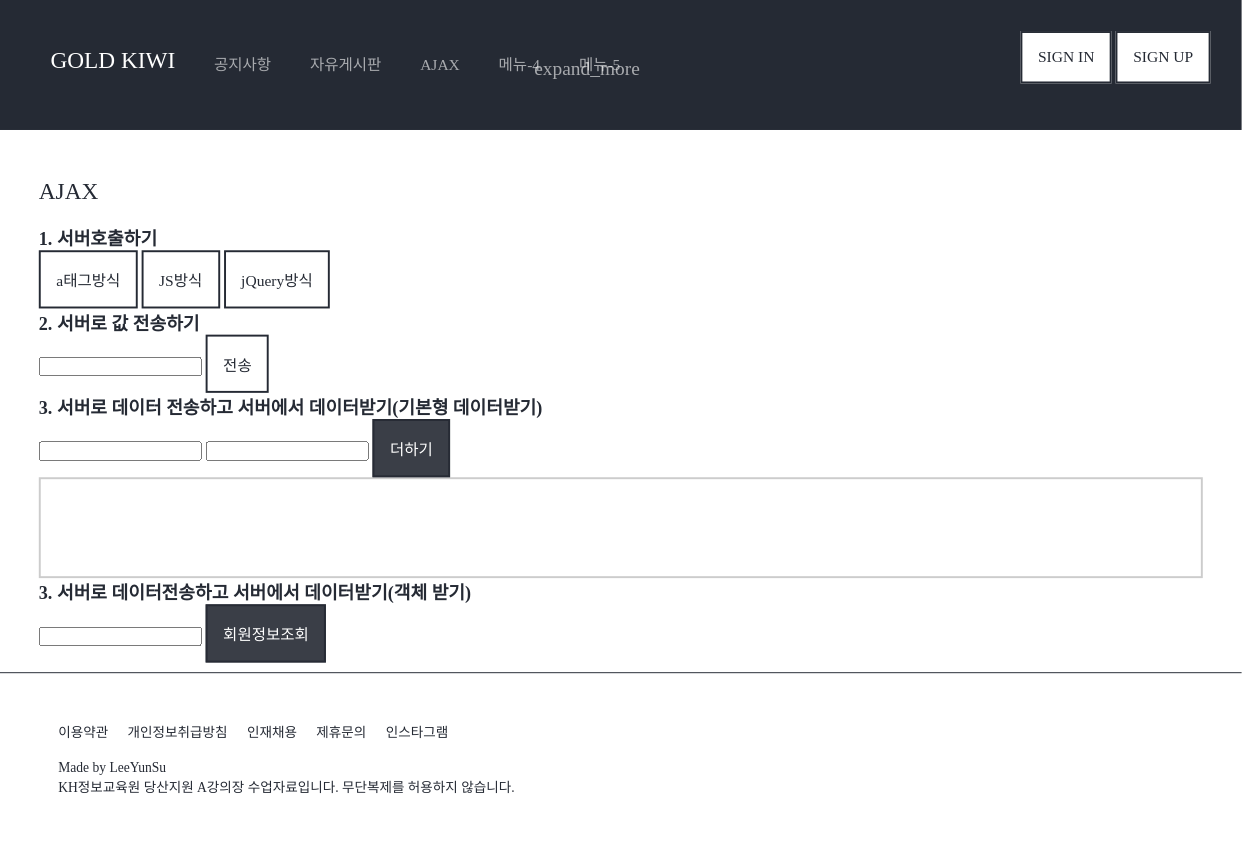
Repository: RiboKim/web-workspace
Page: http://localhost/07_mvc2WebProject/ajax.do
These files come from the project's save history. The page is drawn as it stood at one moment and after the next save; the edit follows.
The browser window is 1280 px wide. The pictures show the whole page, at 97% of full size.
Some web fonts or font styles are not loaded; a fallback is used. The page is served by Tomcat 9. Other server files are loaded and not shown.

Above is the page before, as saved 2023-02-21 02:34:04.

### 07_mvc2WebProject/src/main/webapp/WEB-INF/views/etc/ajax.jsp
<%@ page language="java" contentType="text/html; charset=UTF-8"
    pageEncoding="UTF-8"%>
<!DOCTYPE html>
<html>
<head>
<meta charset="UTF-8">
<title>Insert title here</title>
<style>
	.ajaxResult{
		min-height: 100px;
		border : 2px solid #ccc;
	}
</style>
</head>
<body>
	<%@include file="/WEB-INF/views/common/header.jsp" %>
	<div class="page-content">
		<div class="page-title">AJAX</div>
		<h3>1. 서버호출하기</h3>
		<a class="btn bc11" href="/ajaxTest1.do">a태그방식</a>
		<button class="btn bc11" id="js">JS방식</button>
		<button class="btn bc11" id="jQ1">jQuery방식</button>

		<h3>2. 서버로 값 전송하기</h3>
		<input type="text">
		<button class="btn bc11" id="jQ2">전송</button>

		<h3>3. 서버로 데이터 전송하고 서버에서 데이터받기(기본형 데이터받기)</h3>
		<input type="text" id="su1">
		<input type="text" id="su2">
		<button class="btn bc1" id="jQ3">더하기</button>
		<p class="ajaxResult" id="result3"></p>

		<h3>3. 서버로 데이터전송하고 서버에서 데이터받기(객체 받기)</h3>
		<input type="text" id="input4">
		<button class="btn bc1" id="jQ4">회원정보조회</button>
	</div>
	<script>
		$("#js").on("click",function(){
			//javascript로 ajax를 이용한 서버호출방식
			//1.XMLHttpRequest객체 생성
			const xhttp = new XMLHttpRequest();
			//2.요청 정보 설정
			//method, url, 비동기여부
			xhttp.open("GET","/ajaxTest1.do",true);
			//3.서버 요청 처리에 따른 동작함수 지정
			xhttp.onreadystatechange = function(){
				if(this.readyState == 4 && this.status == 200){
					//요청이 모두 끝나고 && 정상적인 응답이 돌아온 경우
					console.log("서버 요청 성공!!");
				}else if(this.readyState == 4 && this.status == 404){
					//요청이 모두 끝나고 && 해당 페이지를 찾을 수 없는 경우
					console.log("주소를 찾을 수 없습니다.");
				}
			}
			//4.서버에 요청
			xhttp.send();
		});

		$("#jQ1").on("click",function(){
			$.ajax({
				url : "/ajaxTest1.do",
				type : "GET",
				success : function(){
					console.log("서버 호출 완료!!!!");
				},
				error : function(){
					console.log("에러발생");
				},
				complete : function(){
					console.log("무조건 호출");
				}
			});
		});

		$("#jQ2").on("click",function(){
			const input = $(this).prev();
			const inputValue = input.val();
			$.ajax({
				url : "/ajaxTest2.do",
				type : "get",
				data : {input1 : inputValue}, //input1이 key값이라고 생각하면 됨, 여러개 보내는것도 가능
				success : function(){
					console.log("서버로 데이터 전송 완료");
				},
				error : function(){
					console.log("에러발생");
				}
			});
		});
		$("#jQ3").on("click",function(){
			//input에 입력된 값 2개 가져다가
			// /ajaxTest3.do에 전송후 출력
			const su1 = $("#su1").val();
			const su2 = $(this).prev().val();
			$.ajax({
				url : "ajaxTest3.do",
				type : "post",
				data : {num1 : su1, num2 : su2},
				success : function(data){
					console.log(data);
					$("#result3").text(su1+"+"+su2+"="+data);
					console.log("서버요청성공");

				},
				error : function(){
					console.log("서버요청 실패")
				}
			})
		})
	</script>
	<%@include file="/WEB-INF/views/common/footer.jsp" %>
</body>
</html>

### 07_mvc2WebProject/src/main/webapp/WEB-INF/views/common/header.jsp
<%@page import="kr.or.iei.member.model.vo.Member"%>
<%@ page language="java" contentType="text/html; charset=UTF-8"
    pageEncoding="UTF-8"%>
    <%
    	Member m = (Member)session.getAttribute("m");
    %>

	<!-- 구글 아이콘 -->
    <link href="https://fonts.googleapis.com/icon?family=Material+Icons" rel="stylesheet">
    <!-- jquery -->
    <script src="/js/jquery-3.6.0.js"></script>
    <!-- 기본 CSS -->
    <link rel="stylesheet" href="/css/default.css" />
    <!-- 기본 js -->
    <script src="/js/default.js"></script>

    <header>
      <div class="site-logo">
        <a href="/">GOLD KIWI</a>
      </div>
      <nav>
        <ul class="navi">
          <li><a href="/noticeList.do?requestPage=1">공지사항</a></li>
          <li><a href="/boardList.do">자유게시판</a></li>
          <li><a href="/ajax.do">AJAX</a></li>
          <li><a href="#">메뉴-4</a></li>
          <li>
			<a href="#">메뉴-5</a>
            <ul class="sub-navi">
              <li><a href="#">sub-1</a></li>
              <li><a href="#">sub-2</a></li>
              <li><a href="#">sub-3</a></li>
            </ul>
           </li>
        </ul>
      </nav>
      <div class="header-link">
      <%if(m == null){ %>
        <button class="btn bc11 modal-open-btn" target="#login-modal">SIGN IN</button>
        <a class="btn bc11" href="/signupFrm.do">SIGN UP</a>
      <%}else{ %>
      <%--<a class="btn bc11" href="/mypage1.do"><%=m.getMemberName() %></a> --%>
      <%--memberId를 mypage2.do로 넘겨주는거 --%>
      <a class="btn bc11" href="/mypage2.do?memberId=<%=m.getMemberId() %>"><%=m.getMemberName() %></a>

      <a class="btn bc11" href="/logout.do">LOGOUT</a>
      <%} %>
      </div>
    </header>
    <%if(m == null) {%>
    <div id="login-modal" class="modal-bg">
      <div class="modal-wrap">
        <div class="modal-head">
          <h2>SIGN IN</h2>
          <span class="material-icons close-icon modal-close">close</span>
        </div>
        <form action="/signin.do" method="post">
        <div class="modal-content">
          <div class="input-box">
          	<label for="signId">아이디</label>
          	<input type="text" name="signId" id="signId" class="input-form" placeholder="아이디입력">
          </div>
          <div class="input-box">
          	<label for="signPw">비밀번호</label>
          	<input type="password" name="signPw" id="signPw" class="input-form" placeholder="비밀번호입력">
          </div>
          <div class="input-box link-box">
          	<a href="#">아이디/비밀번호 찾기</a>
          </div>
        </div>
        <div class="modal-foot">
          <button type="submit" class="btn bc11">로그인</button>
          <button type="button" class="btn bc1 modal-close">취소</button>
        </div>
        </form>
      </div>
    </div>
    <%}%>

### 07_mvc2WebProject/src/main/webapp/WEB-INF/views/common/footer.jsp
<%@ page language="java" contentType="text/html; charset=UTF-8"
    pageEncoding="UTF-8"%>
	<footer>
      <div class="footer-content">
        <ul>
          <li><a href="#">이용약관</a></li>
          <li><a href="#">개인정보취급방침</a></li>
          <li><a href="#">인재채용</a></li>
          <li><a href="#">제휴문의</a></li>
          <li><a href="#">인스타그램</a></li>
        </ul>
        <p>Made by LeeYunSu</p>
        <p>
          KH정보교육원 당산지원 A강의장 수업자료입니다. 무단복제를 허용하지
          않습니다.
        </p>
      </div>
    </footer>

### 07_mvc2WebProject/src/main/java/kr/or/iei/ajax/controller/AjaxServlet.java
package kr.or.iei.ajax.controller;

import java.io.IOException;

import javax.servlet.RequestDispatcher;
import javax.servlet.ServletException;
import javax.servlet.annotation.WebServlet;
import javax.servlet.http.HttpServlet;
import javax.servlet.http.HttpServletRequest;
import javax.servlet.http.HttpServletResponse;

/**
 * Servlet implementation class AjaxServlet
 */
@WebServlet(name = "Ajax", urlPatterns = { "/ajax.do" })
public class AjaxServlet extends HttpServlet {
	private static final long serialVersionUID = 1L;

    /**
     * @see HttpServlet#HttpServlet()
     */
    public AjaxServlet() {
        super();
        // TODO Auto-generated constructor stub
    }

	/**
	 * @see HttpServlet#doGet(HttpServletRequest request, HttpServletResponse response)
	 */
	protected void doGet(HttpServletRequest request, HttpServletResponse response) throws ServletException, IOException {
		//1.인코딩
		request.setCharacterEncoding("utf-8");
		//2.값추출
		//3.비즈니스로직
		//4.결과처리
		RequestDispatcher view = request.getRequestDispatcher("/WEB-INF/views/etc/ajax.jsp");
		view.forward(request, response);
	}

	/**
	 * @see HttpServlet#doPost(HttpServletRequest request, HttpServletResponse response)
	 */
	protected void doPost(HttpServletRequest request, HttpServletResponse response) throws ServletException, IOException {
		// TODO Auto-generated method stub
		doGet(request, response);
	}

}

### 07_mvc2WebProject/src/main/webapp/css/default.css
/* 사용할 font 선언 */
@font-face {
  font-family: ns-thin;
  src: url(../font/NotoSansKR-Thin.otf);
}
@font-face {
  font-family: ns-light;
  src: url(../font/NotoSansKR-Light.otf);
}
@font-face {
  font-family: ns-m;
  src: url(../font/NotoSansKR-Medium.otf);
}
@font-face {
  font-family: ns-bold;
  src: url(../font/NotoSansKR-Bold.otf);
}
@font-face {
  font-family: ns-black;
  src: url(../font/NotoSansKR-Black.otf);
}
/*
    사이트 사용 색상
    balck : #252A34
    darkgray : #393E46
    lightgray : #EEEEEE
    dark-mint : #00ADB5
    mint : #08D9D6
    point-red : #FF2E63
    point-pink : #F85F73
    point-violet : #892CDC
*/
/* 전체태그 기본 margin, padding 제거 */
/* 기본 글씨 색 및 폰트 설정 */

* {
  margin: 0;
  padding: 0;
  color: #252a34;
  font-family: ns-m;
}
body {
  display: flex;
  flex-direction: column;
  min-height: 100vh;
}
/* 기본화면 레이아웃 */
a {
  text-decoration: none;
}
header {
  background-color: #252a34;
  padding: 32px;
  display: flex;
  min-width: 1200px;
}
header > *:not(.header-link) {
  float: left;
}
header > .site-logo {
  padding: 0px 20px;
}
header > .site-logo > a {
  color: #fff;
  font-family: ns-bold;
  font-size: 24px;
  line-height: 60px;
}
header > nav {
  flex-grow: 1;
}

header > nav > .navi {
  list-style-type: none;
}
header > nav > .navi > li {
  float: left;
  position: relative;
}
header > nav > .navi > li > a {
  display: block;
  color: rgba(255, 255, 255, 0.6);
  padding: 5px 20px;
  transition-duration: 0.5s;
  line-height: 60px;
}
header > nav > .navi > li:hover > a,
header > nav > .navi > li:hover > a + span {
  color: rgba(255, 255, 255, 1);
}
header > nav > .navi > li:hover > .sub-navi {
  display : block;
}
header > nav .sub-navi {
  position: absolute;
  background-color: #fff;
  list-style-type: none;
  display: none;
  border: 1px solid rgba(0, 0, 0, 0.2);
  left: 10px;
  min-width: 10rem;
}
header > nav .sub-navi > li {
  padding: 0.25rem 1rem;
}
header > nav .sub-navi > li > a {
  display: block;
}
header > nav .sub-navi > li:hover {
  background-color: rgba(0, 0, 0, 0.05);
}
.material-icons.dropdown {
  font-size: 20px;
  color: rgba(255, 255, 255, 0.6);
  position: absolute;
  right: 0px;
  top: 27px;
  transition-duration: 0.5s;
}
.material-icons.dropdown:hover {
  cursor: pointer;
}
.page-content {
  width: 1200px;
  margin: 30px auto;
  margin-bottom: 10px;
  flex-grow: 1;
}
.page-title {
  font-family: ns-bold;
  padding: 20px 0px;
  font-size: 1.5rem;
}
footer {
  padding: 50px;
  border-top: 1px solid #252a34;
}
footer > .footer-content {
  width: 1200px;
  margin: 0 auto;
  padding: 0px 10px;
}
footer > .footer-content * {
  font-size: 14px;
}
footer > .footer-content > ul {
  list-style-type: none;
  overflow: hidden;
  margin-bottom: 20px;
}
footer > .footer-content > ul > li {
  float: left;
}
footer > .footer-content > ul > li > a {
  padding-right: 20px;
}

/* font 클래스*/
.f-thin {
  font-family: ns-thin;
}
.f-light {
  font-family: ns-light;
}
.f-medium {
  font-family: ns-m;
}
.f-bold {
  font-family: ns-bold;
}
.f-black {
  font-family: ns-black;
}

/* 글씨 색 */
.fc-1 {
  color: #252a34;
}
.fc-2 {
  color: #393e46;
}
.fc-3 {
  color: #eeeeee;
}
.fc-4 {
  color: #00adb5;
}
.fc-5 {
  color: #08d9d6;
}
.fc-6 {
  color: #ff2e63;
}
.fc-7 {
  color: #f85f73;
}
.fc-8 {
  color: #892cdc;
}

/* 배경 색*/
.bg-1 {
  background-color: #252a34;
}
.bg-2 {
  background-color: #393e46;
}
.bg-3 {
  background-color: #eeeeee;
}
.bg-4 {
  background-color: #00adb5;
}
.bg-5 {
  background-color: #08d9d6;
}
.bg-6 {
  background-color: #ff2e63;
}
.bg-7 {
  background-color: #f85f73;
}
.bg-8 {
  background-color: #892cdc;
}

/* 테이블 디자인 */
.tbl {
  width: 100%;
  border-spacing: 0px;
  border-collapse: collapse;
}
.tbl th,
.tbl td {
  padding: 1rem;
  text-align: center;
}
.tbl .tr-1 {
  background-color: rgba(255, 255, 255, 1);
}
.tbl .tr-2 {
  background-color: rgba(57, 62, 70, 0.1);
}
.tbl .tr-3 {
  background-color: rgba(0, 173, 181, 0.1);
}
.tbl .tr-4 {
  background-color: rgba(137, 44, 220, 0.1);
}
.tbl .tr-5 {
  background-color: rgba(255, 46, 999, 0.1);
}
.tbl .td-1 {
  background-color: rgba(255, 255, 255, 1);
}
.tbl .td-2 {
  background-color: rgba(57, 62, 70, 0.1);
}
.tbl .td-3 {
  background-color: rgba(0, 173, 181, 0.1);
}
.tbl .td-4 {
  background-color: rgba(137, 44, 220, 0.1);
}
.tbl .td-5 {
  background-color: rgba(255, 46, 999, 0.1);
}
.tbl.tbl-hover .tr-1:hover {
  background-color: rgba(0, 0, 0, 0.05);
}
.tbl.tbl-hover .tr-2:hover {
  background-color: rgba(57, 62, 70, 0.15);
}
.tbl.tbl-hover .tr-3:hover {
  background-color: rgba(0, 173, 181, 0.15);
}
.tbl.tbl-hover .tr-4:hover {
  background-color: rgba(137, 44, 220, 0.15);
}
.tbl.tbl-hover .tr-5:hover {
  background-color: rgba(255, 46, 999, 0.15);
}

/* 버튼 디자인 */
.btn {
  border: none;
  padding: 1rem;
  display: inline-block;
  box-sizing: border-box;
  transition-duration: 0.5s;
  font-size: 16px;
  font-family: ns-light;
}
.bc1 {
  background-color: rgba(37, 42, 52, 0.9);
  color: #fff;
  border: 2px solid rgba(37, 42, 52, 0.9);
}
.bc1:hover {
  background-color: rgba(37, 42, 52, 1);
  cursor: pointer;
}
.bc2 {
  background-color: rgba(57, 62, 70, 0.9);
  color: #fff;
  border: 2px solid rgba(57, 62, 70, 0.9);
}
.bc2:hover {
  background-color: rgba(57, 62, 70, 1);
  cursor: pointer;
}
.bc3 {
  background-color: rgba(238, 238, 238, 0.9);
  color: #252a34;
  border: 2px solid rgba(238, 238, 238, 0.9);
}
.bc3:hover {
  background-color: rgba(238, 238, 238, 1);
  cursor: pointer;
}
.bc4 {
  background-color: rgba(0, 173, 181, 0.9);
  color: #fff;
  border: 2px solid rgba(0, 173, 181, 0.9);
}
.bc4:hover {
  background-color: rgba(0, 173, 181, 1);
  cursor: pointer;
}
.bc5 {
  background-color: rgba(8, 217, 214, 0.9);
  color: #fff;
  border: 2px solid rgba(8, 217, 214, 0.9);
}
.bc5:hover {
  background-color: rgba(8, 217, 214, 1);
  cursor: pointer;
}
.bc6 {
  background-color: rgba(255, 46, 99, 0.9);
  color: #fff;
  border: 2px solid rgba(255, 46, 99, 0.9);
}
.bc6:hover {
  background-color: rgba(255, 46, 99, 1);
  cursor: pointer;
}
.bc7 {
  background-color: rgba(248, 95, 115, 0.9);
  color: #fff;
  border: 2px solid rgba(248, 95, 115, 0.9);
}
.bc7:hover {
  background-color: rgba(248, 95, 115, 1);
  cursor: pointer;
}
.bc8 {
  background-color: rgba(137, 44, 220, 0.9);
  color: #fff;
  border: 2px solid rgba(137, 44, 220, 0.9);
}
.bc8:hover {
  background-color: rgba(137, 44, 220, 1);
  cursor: pointer;
}
.bc11 {
  color: rgba(37, 42, 52, 1);
  background-color: #fff;
  border: 2px solid rgba(37, 42, 52, 1);
}
.bc11:hover {
  background-color: rgba(37, 42, 52, 1);
  cursor: pointer;
  color: #fff;
}
.bc22 {
  color: rgba(57, 62, 70, 1);
  background-color: #fff;
  border: 2px solid rgba(57, 62, 70, 1);
}
.bc22:hover {
  background-color: rgba(57, 62, 70, 1);
  cursor: pointer;
  color: #fff;
}
.bc33 {
  color: rgba(37, 42, 52, 1);
  background-color: #fff;
  border: 2px solid rgba(238, 238, 238, 1);
}
.bc33:hover {
  background-color: rgba(238, 238, 238, 1);
  cursor: pointer;
  color: rgba(37, 42, 52, 1);
}
.bc44 {
  color: rgba(0, 173, 181, 1);
  background-color: #fff;
  border: 2px solid rgba(0, 173, 181, 1);
}
.bc44:hover {
  background-color: rgba(0, 173, 181, 1);
  color: #fff;
  cursor: pointer;
}
.bc55 {
  color: rgba(8, 217, 214, 1);
  background-color: #fff;
  border: 2px solid rgba(8, 217, 214, 1);
}
.bc55:hover {
  background-color: rgba(8, 217, 214, 1);
  color: #fff;
  cursor: pointer;
}
.bc66 {
  color: rgba(255, 46, 99, 1);
  background-color: #fff;
  border: 2px solid rgba(255, 46, 99, 1);
}
.bc66:hover {
  background-color: rgba(255, 46, 99, 1);
  color: #fff;
  cursor: pointer;
}
.bc77 {
  color: rgba(248, 95, 115, 1);
  background-color: #fff;
  border: 2px solid rgba(248, 95, 115, 1);
}
.bc77:hover {
  background-color: rgba(248, 95, 115, 1);
  color: #fff;
  cursor: pointer;
}
.bc88 {
  color: rgba(137, 44, 220, 1);
  background-color: #fff;
  border: 2px solid rgba(137, 44, 220, 1);
}
.bc88:hover {
  background-color: rgba(137, 44, 220, 1);
  color: #fff;
  cursor: pointer;
}
.bs1 {
  padding: 1rem;
}
.bs2 {
  padding: 1.5rem;
  font-size: 1.1em;
}
.bs3 {
  padding: 2rem;
  font-size: 1.2em;
}
.bs4 {
  width: 100%;
  padding: 2rem;
  font-size: 1.2em;
}
/* input 디자인 */
.input-form {
  width: 100%;
  display: block;
  padding: 0.8rem;
  background-color: #fff;
  outline: none;
  border: 1px solid #ccc;

  box-sizing: border-box;
}
.input-form:focus {
  box-shadow: 0 0 0 0.1rem #eee;
}

textarea.input-form {
  resize: none;
  min-height: 300px;
}
.input-form:read-only:not(select),
.input-form:disabled {
  background-color: #f7f7f9;
}
/* 페이징 디자인 */
.pagination {
  list-style-type: none;
  display: flex;
  justify-content: center;
  align-items: center;
}
.pagination > li {
  width: 40px;
  height: 40px;
  text-align: center;
  line-height: 40px;
  overflow: hidden;
}
.pagination.circle-style > li {
  border-radius: 50%;
}
.pagination > li > a.page-item {
  display: block;
  width: 100%;
  height: 100%;
  font-size: 18px;
}
.pagination > li > a.page-item > span.material-icons {
  display: block;
  width: 100%;
  height: 100%;
  line-height: 40px;
}
.pagination .page-item.active-page {
  background-color: #252a34;
  color: #fff;
}
/*게시물 표현*/
.posting-wrap {
  display: flex;
  flex-wrap: wrap;
}
.posting-wrap .posting-item {
  box-sizing: border-box;
  width: calc(100% / 5);
  padding: 20px;
}
.posting-wrap .posting-item .posting-img img {
  width: 100%;
  height: 200px;
}
.posting-wrap .posting-item .posting-content {
  width: 80%;
  margin: 0 auto;
}
.posting-wrap .posting-item:hover {
  box-shadow: 0 2px 10px 0 rgba(0, 0, 0, 0.2);
}
/* 댓글 */
.posting-comment {
  display: flex;
  border-top: 2px solid #ccc;

  list-style-type: none;
}
.posting-comment > li {
  box-sizing: border-box;
}
.posting-comment > li:first-child {
  width: 15%;
  display: flex;
  justify-content: center;
  align-items: center;
  min-height: 100px;
  border-right: 1px solid #ccc;
}
.posting-comment.reply > li:first-child {
  width: 20%;
}
.posting-comment > li:first-child .material-icons {
  font-size: 80px;
  color: #ccc;
}
.posting-comment.reply > li:first-child .material-icons:first-child {
  font-size: 40px;
  color: #ccc;
}
.posting-comment.reply > li:last-child {
  display: flex;
  flex-direction: column;
  width: 80%;
}
.posting-comment > li:last-child {
  display: flex;
  flex-direction: column;
  width: 85%;
}
.posting-comment > li:last-child > p {
  width: 100%;
  padding: 5px;
  box-sizing: border-box;
}
.posting-comment > li:last-child > .comment-info > span {
  padding: 0px 10px;
}
.posting-comment > li:last-child > .comment-info > span:not(:last-child) {
  border-right: 2px solid #ccc;
}
.posting-comment > li:last-child > .comment-content {
  padding: 0px 15px;
}
.posting-comment > li:last-child > .comment-link {
  text-align: right;
}
.posting-comment > li:last-child > .comment-link > a {
  margin: 0px 5px;
}
.posting-comment > li:last-child > .comment-link > a:hover {
  text-decoration: underline;
}

/*모달*/
.modal-bg {
  background-color: rgba(0, 0, 0, 0.3);
  position: fixed;
  width: 100%;
  height: 100vh;
  display: none;
  align-items: center;
  flex-direction: column;
}
.modal-wrap {
  margin-top: 150px;
  width: 600px;
  background: #fff;
  height: auto;
}
.modal-wrap div {
  padding: 1rem;
}
.modal-wrap div:not(:last-child) {
  border-bottom: 1px solid #ccc;
}
.modal-wrap .modal-foot {
  text-align: right;
}
.modal-wrap div.modal-head {
  position: relative;
}
.close-icon {
  position: absolute;
  top: 16px;
  right: 16px;
  font-size: 30px;
}
.close-icon:hover {
  cursor: pointer;
}

### 07_mvc2WebProject/src/main/webapp/js/default.js
$(function () {
  $(document).on("click", ".modal-open-btn", function () {
    $($(this).attr("target")).css("display", "flex");
  });
  $(document).on("click", ".modal-close", function () {
    $(this).parents(".modal-wrap").parent().css("display", "none");
  });
  $(".sub-navi").prev().after("<span class='material-icons dropdown'>expand_more</span>");
});
function alertFunc(icon){
	swal({
        title: '제목',
        text: '내용내용내용',
        icon: icon
      });
      //이후 페이지 이동 시 추가
      /*
      .then(function(){
    	 window.location = "${loc}";
      });
      */
}

Loaded but not shown: 07_mvc2WebProject/src/main/webapp/js/jquery-3.6.0.js (library)

After the next save:
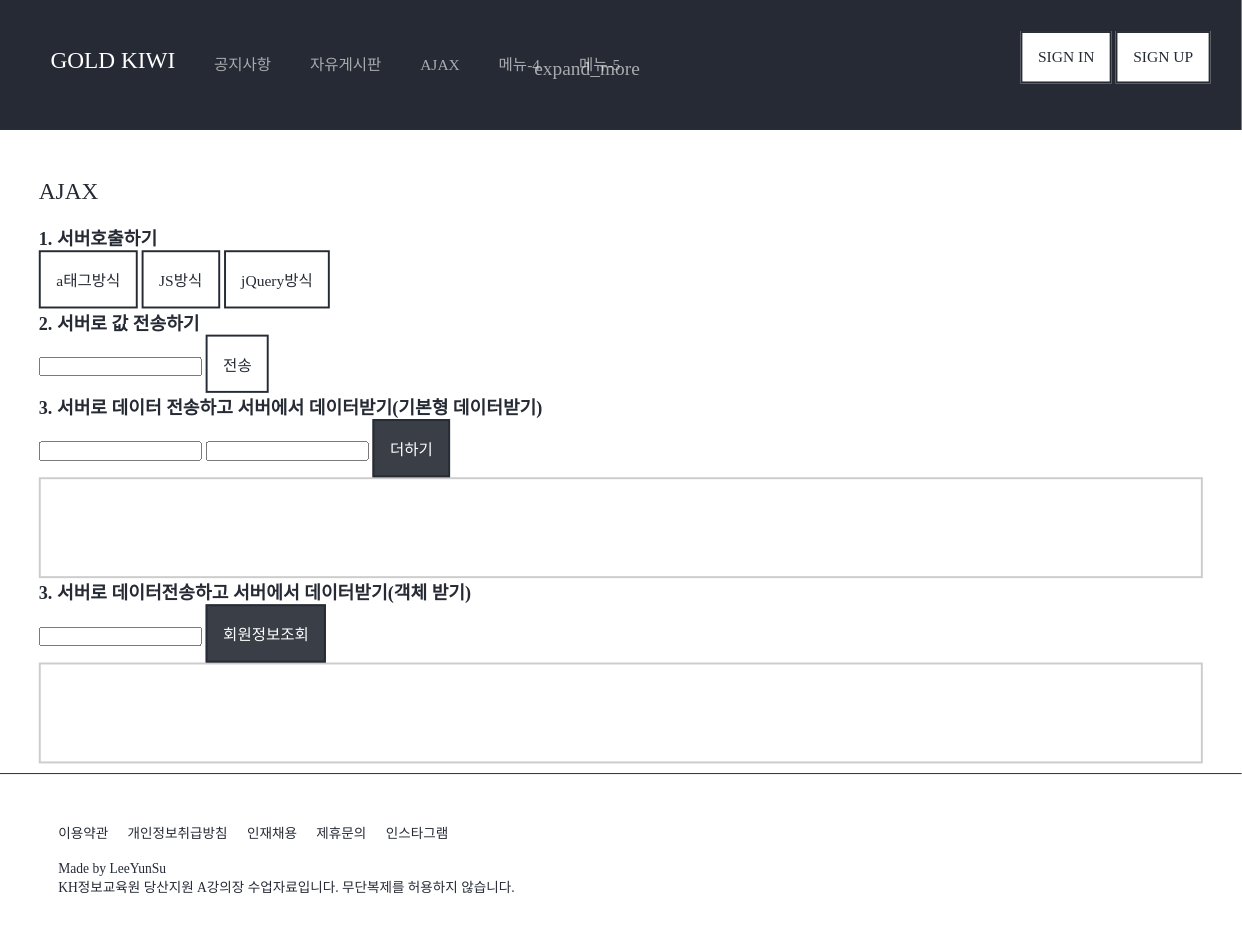
Saved 15 s later.
--- a/07_mvc2WebProject/src/main/webapp/WEB-INF/views/etc/ajax.jsp
+++ b/07_mvc2WebProject/src/main/webapp/WEB-INF/views/etc/ajax.jsp
@@ -34,6 +34,7 @@
 		<h3>3. 서버로 데이터전송하고 서버에서 데이터받기(객체 받기)</h3>
 		<input type="text" id="input4">
 		<button class="btn bc1" id="jQ4">회원정보조회</button>
+		<p class="ajaxResult" id="result4"></p>
 	</div>
 	<script>
 		$("#js").on("click",function(){
